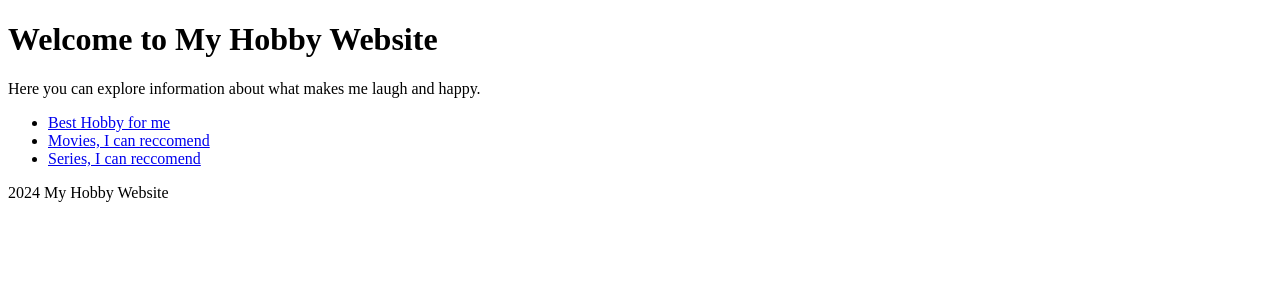
Repository: DaryaSarycheva/Hobbies
Page: index.html
The author's editor kept a copy of each file at every save. The page is drawn from the files as they stood at one save, then again after the next save.
The browser window is 1280 px wide. The pictures show the whole page.

Above is the page before, as saved 2024-05-08 08:42:18.

After the next save:
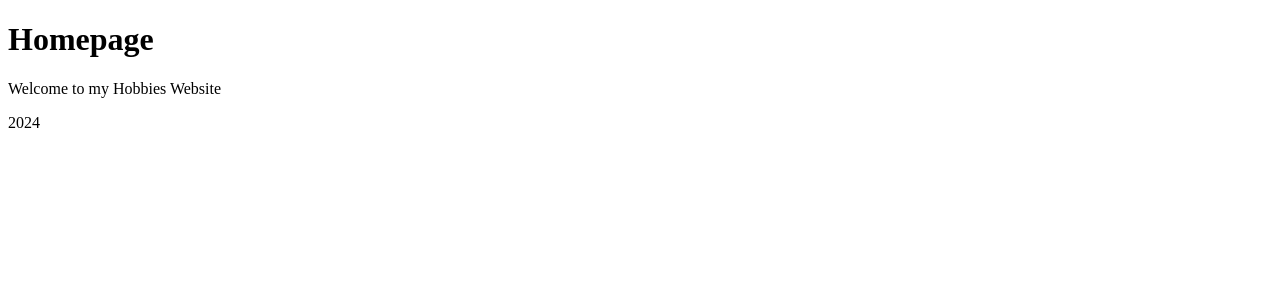
Saved 3 min 18 s later.
--- a/index.html
+++ b/index.html
@@ -3,25 +3,17 @@
 <head>
     <meta charset="UTF-8">
     <meta name="viewport" content="width=device-width, initial-scale=1.0">
-    <title>Hobby Website</title>
+    <title>Homepage</title>
 </head>
 <body>
     <header>
-        <h1>Welcome to My Hobby Website</h1>
+        <h1>Homepage</h1>
     </header>
     <main>
-        <p>Here you can explore information about what makes me laugh and happy.</p>
+        <p>Welcome to my Hobbies Website</p>
     </main>
-    <nav>
-        <ul>
-            <li><a href="./pages/hobby.html">Best Hobby for me</a></li>
-            <li><a href="./pages/movies.html">Movies, I can reccomend</a></li>
-            <li><a href="./pages/series.html">Series, I can reccomend</a></li>
-        </ul>
-    </nav>
-
     <footer>
-        <p> 2024 My Hobby Website</p>
+        <p> 2024 </p>
     </footer>
 </body>
 </html>
